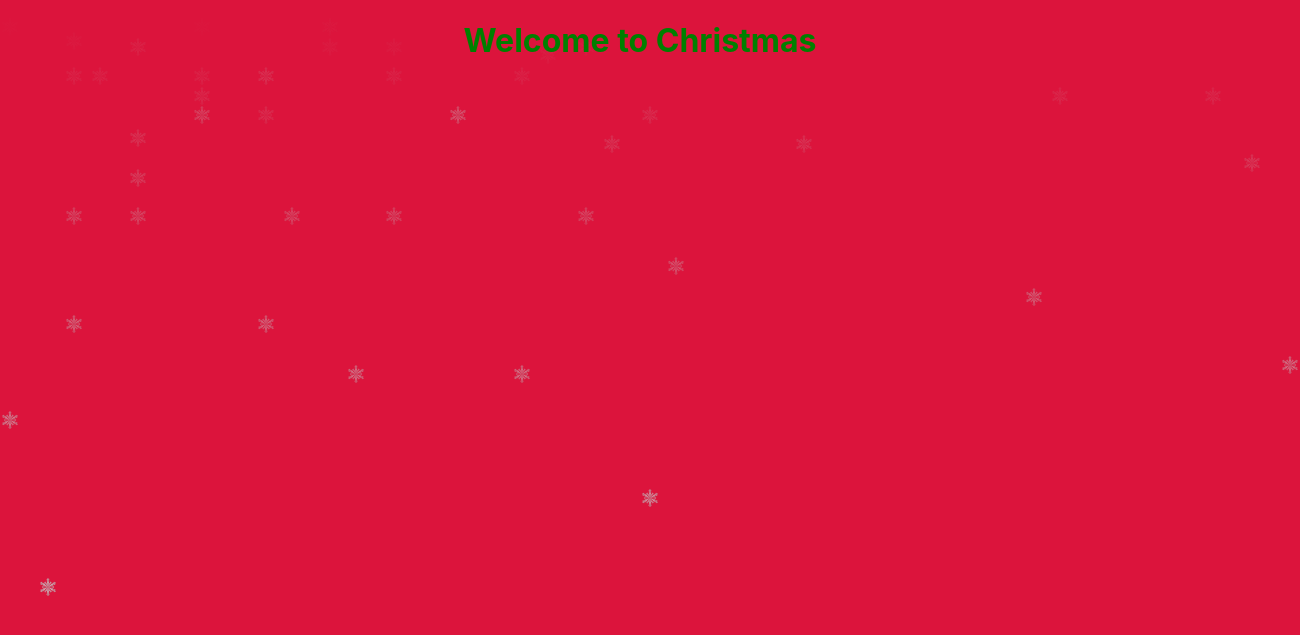
Repository: cerebrium/christmasTown
Page: / (app in client/)
An editor plug-in stored every save of this project. The page is shown before and after the next save, followed by the edit.
The browser window is 1280 px wide. The page is 1300 px wide, so the pictures cover 1300 px, including what lies to the right of the window. The pictures show the whole page.
The project was rebuilt for these pictures with package versions that can differ from the ones it lists, and the page was loaded fresh each time.

Above is the page before, as saved 2019-12-02 13:23:47.

After the next save:
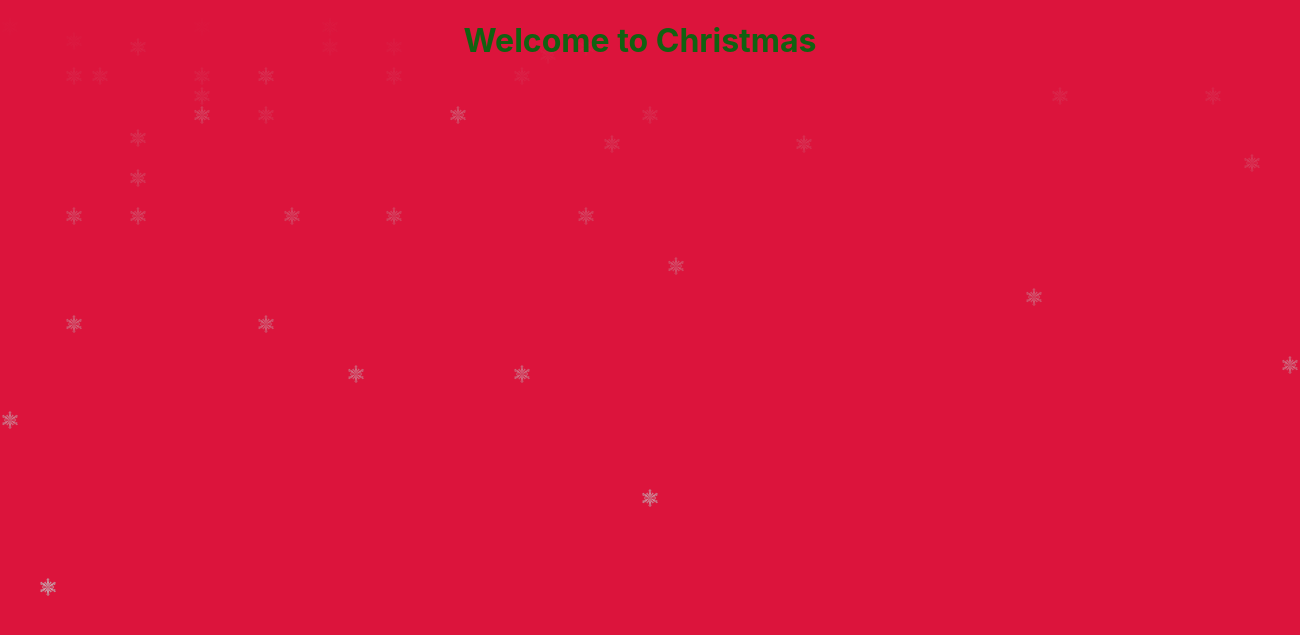
Saved 7 s later.
--- a/client/src/App.css
+++ b/client/src/App.css
@@ -4,5 +4,5 @@
 }
 
 .mainTitle {
-  color: green;
+  color: rgb(17, 97, 17);
 }
